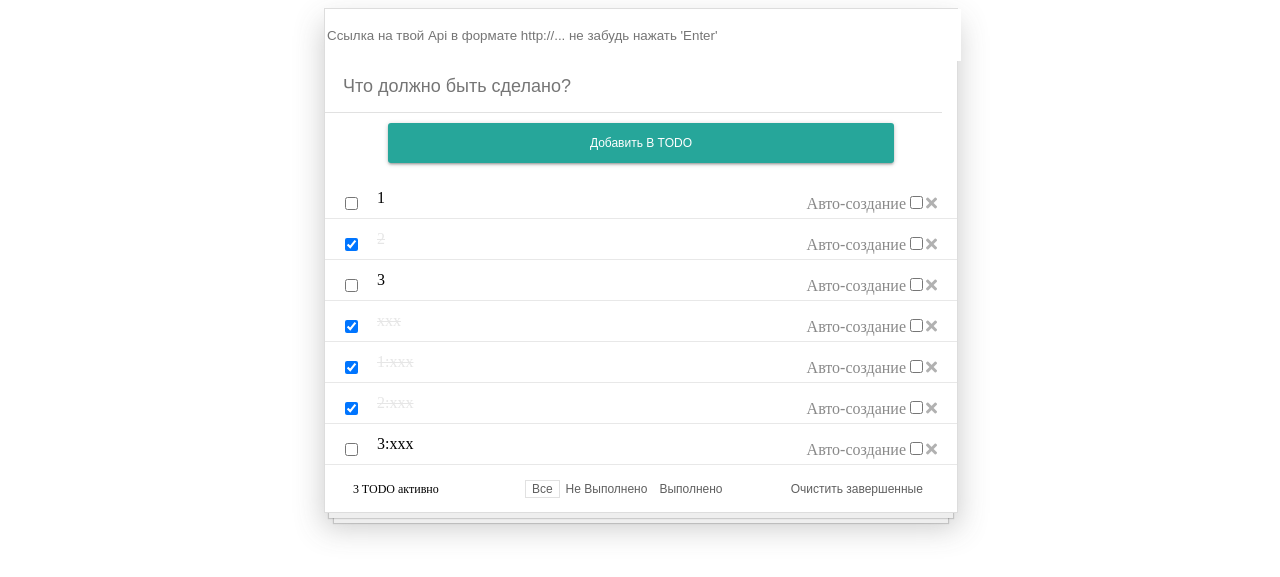
Repository: AntonBrock/taskTodo_for-backend
Page: /
An editor plug-in stored every save of this project. The page is shown before and after the next save, followed by the edit.
The browser window is 1280 px wide. The pictures show the whole page.
The page's requests for data from a server got no answer. Some web libraries are served in a nearby version. The project was rebuilt for these pictures with package versions that can differ from the ones it lists, and the page was loaded fresh each time. No one was signed in, and anything a server would have sent is missing.

Above is the page before, as saved 2019-04-23 11:35:59.

After the next save:
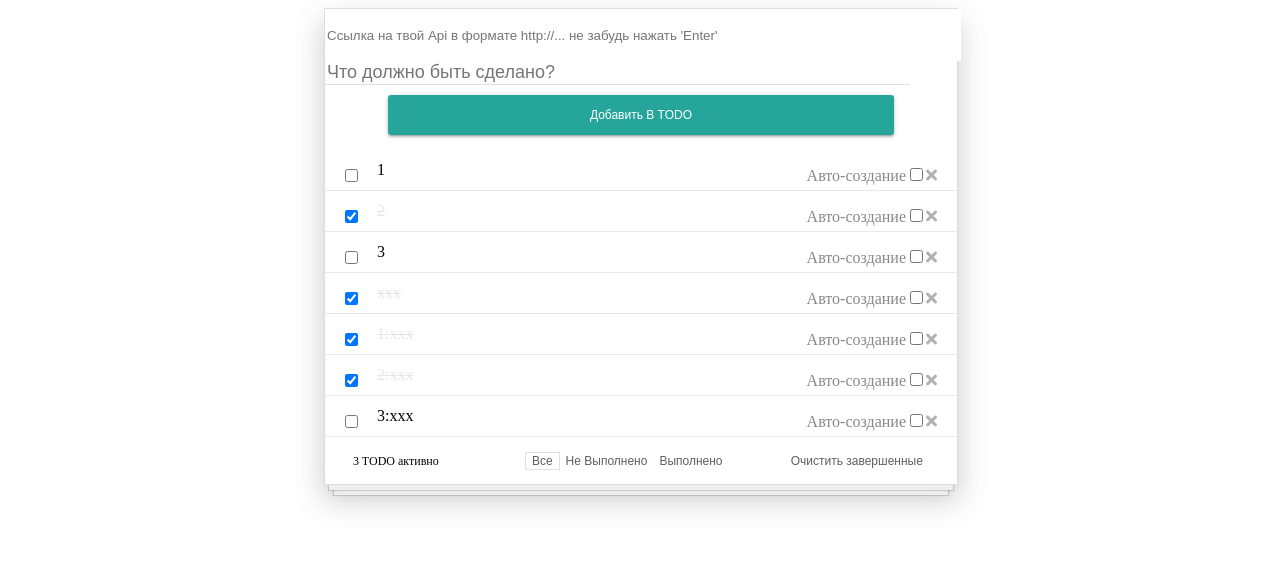
Saved 3 h 48 min later.
--- a/src/views/todolist/_components/Todo.vue
+++ b/src/views/todolist/_components/Todo.vue
@@ -74,7 +74,6 @@ export default {
     margin-bottom 10px
     border-bottom 1px solid rgba(102, 102, 102, 0.192)
     font-size 18px
-    padding 15px 18px
     transition 0.2s ease-in-out !important
     &:placeholder
       color rgba(145, 145, 145, 0.795)
